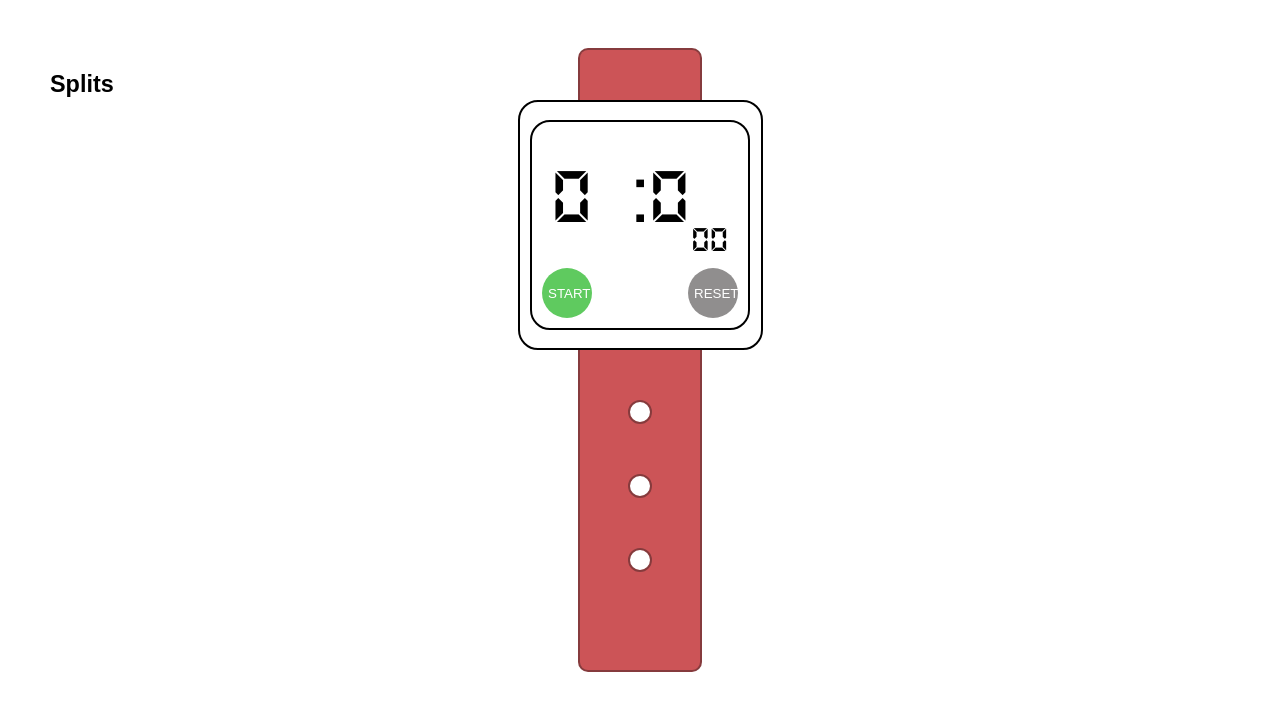
Repository: konstantin0s/lab-chronometer
Page: index.html
An editor plug-in stored every save of this project. The page is shown before and after the next save, followed by the edit.
The browser window is 1280 px wide. The pictures show the whole page.

Above is the page before, as saved 2019-02-05 12:19:45.

After the next save:
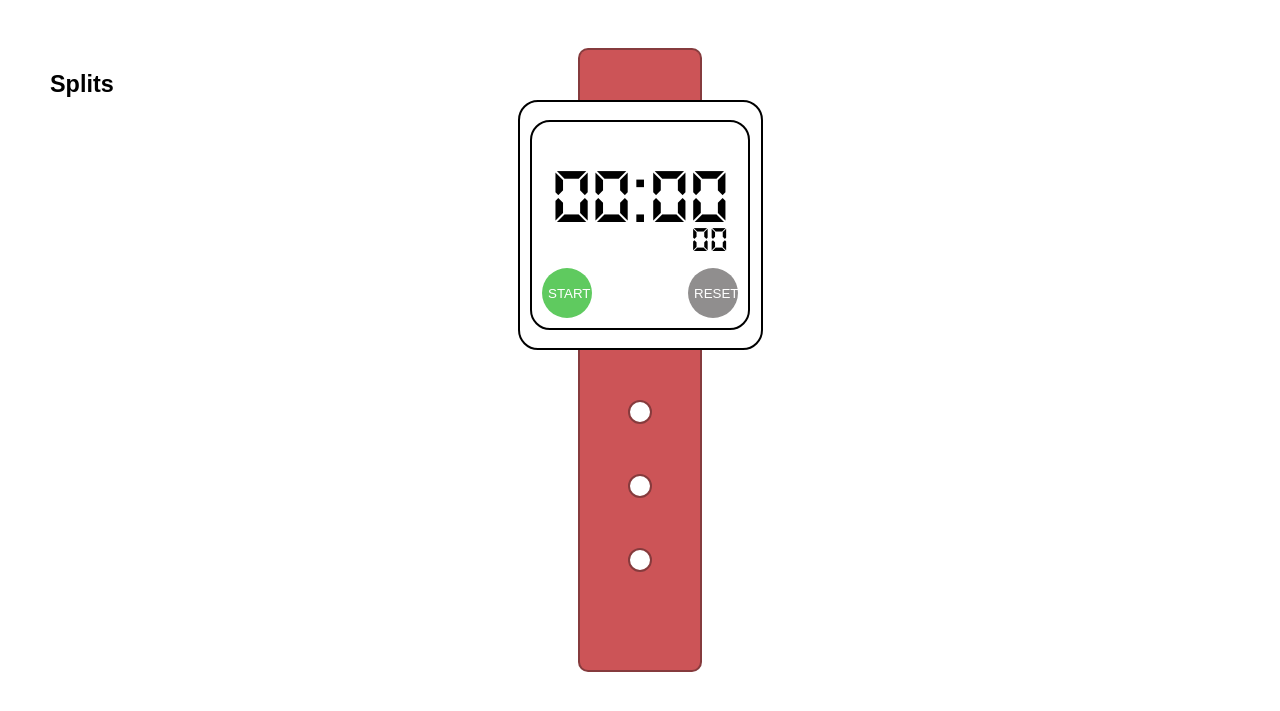
Saved 41 s later.
--- a/index.html
+++ b/index.html
@@ -19,7 +19,7 @@
 
   <section id="clock">
     <div id="sphere">
-      <span id="minDec" class="number">0</span><span id="minUni" class="number"></span><span>:</span><span id="secDec" class="number">0</span><span id="secUni" class="number"></span>
+      <span id="minDec" class="number">0</span><span id="minUni" class="number">0</span><span>:</span><span id="secDec" class="number">0</span><span id="secUni" class="number">0</span>
 
       <div id="milliseconds">
         <span id="milDec">0</span><span id="milUni">0</span>

After the save that followed:
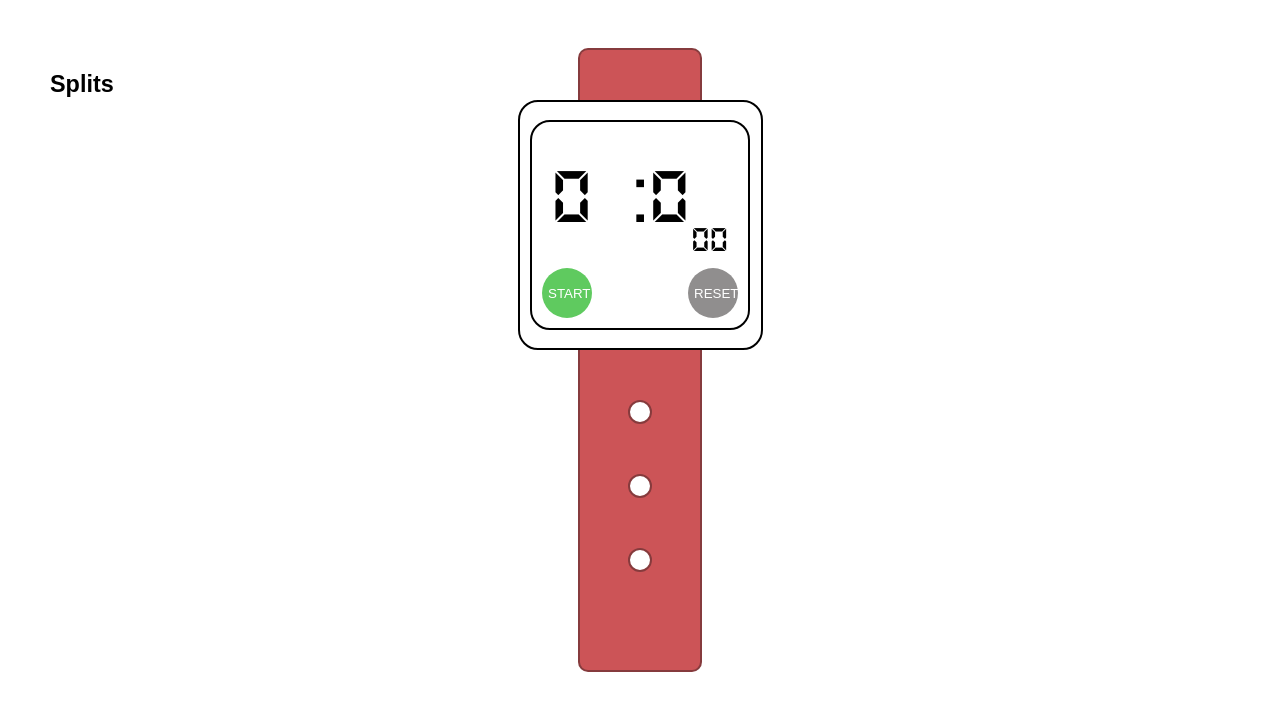
Saved 48 s later.
--- a/index.html
+++ b/index.html
@@ -19,7 +19,7 @@
 
   <section id="clock">
     <div id="sphere">
-      <span id="minDec" class="number">0</span><span id="minUni" class="number">0</span><span>:</span><span id="secDec" class="number">0</span><span id="secUni" class="number">0</span>
+      <span id="minDec" class="number">0</span><span id="minUni" class="number"></span><span>:</span><span id="secDec" class="number">0</span><span id="secUni" class="number"></span>
 
       <div id="milliseconds">
         <span id="milDec">0</span><span id="milUni">0</span>
